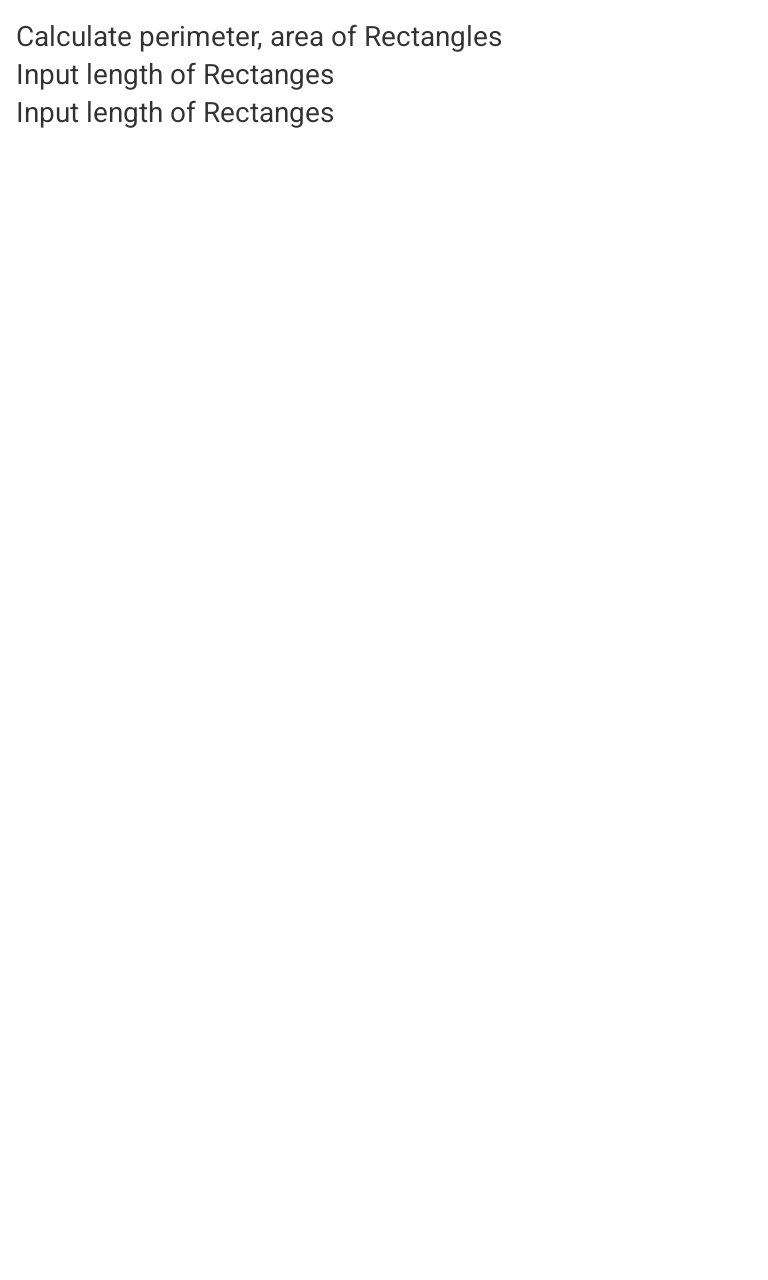
Repository: LightWay152/Lesson1_Variable_Type_Operations
Layout: Perimeter_Area_Rectangles_Circles/res/layout/activity_main.xml
An editor plug-in stored every save of this project. The layout is shown before and after the next save, followed by the edit.
It is drawn on a 768 x 1280 px phone screen (xhdpi) without system bars, with theme AppTheme; the app's code is not run.

Above is the layout before, as saved 2017-01-01 08:37:58.

After the next save:
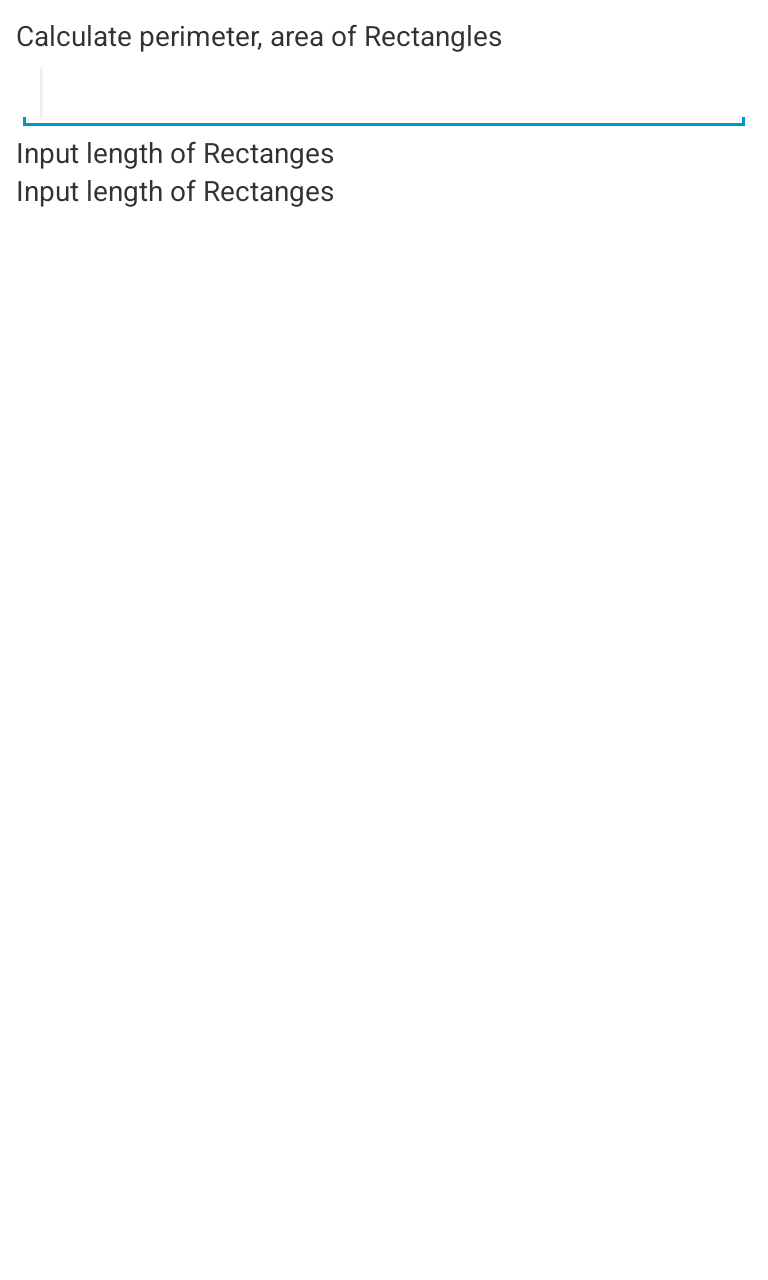
Saved 2 min 13 s later.
--- a/Perimeter_Area_Rectangles_Circles/res/layout/activity_main.xml
+++ b/Perimeter_Area_Rectangles_Circles/res/layout/activity_main.xml
@@ -1,4 +1,4 @@
-<LinearLayout xmlns:android="http://schemas.android.com/apk/res/android"
+	<LinearLayout xmlns:android="http://schemas.android.com/apk/res/android"
     xmlns:tools="http://schemas.android.com/tools"
     android:layout_width="match_parent"
     android:layout_height="match_parent"
@@ -10,14 +10,21 @@
         android:layout_width="match_parent"
         android:layout_height="wrap_content"
         android:text="@string/calculate_perimeter_area_rectangles"/>
+
+    <EditText
+        android:id="@+id/editText1"
+        android:layout_width="match_parent"
+        android:layout_height="wrap_content"
+        android:ems="10" >
+
+        <requestFocus />
+    </EditText>
+
     <TextView
         android:layout_width="match_parent"
         android:layout_height="wrap_content"
         android:text="@string/input_length"/>
-    <EditText
-        android:id="@+id/lengthOfRectangles"
-        android:layout_width="match_parent"
-        android:layout_length="wrap_content"/>
+
     <TextView
         android:layout_width="match_parent"
         android:layout_height="wrap_content"
